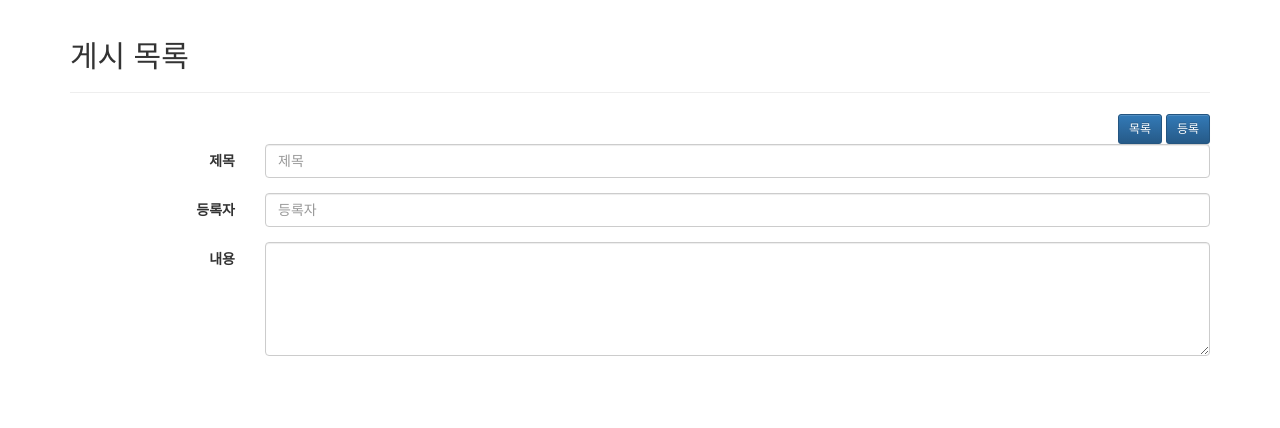
Repository: kimjoohye/study_WEB
Page: workspace/studyhtml5/WebContent/bootstrap/boot_list.html
These files come from the project's save history. The page is drawn as it stood at one moment and after the next save; the edit follows.
The browser window is 1280 px wide. The pictures show the whole page.

Above is the page before, as saved 2022-05-24 06:13:43.

### workspace/studyhtml5/WebContent/bootstrap/boot_list.html
<!-- Html comment -->
<!DOCTYPE html>
<html>
<head>
<meta name="viewport" content="width=device-width,initial-scale=1.0">
<meta charset="UTF-8">
<!-- bootstrap CDN -->
<!-- 합쳐지고 최소화된 최신 CSS -->
<link rel="stylesheet" href="https://maxcdn.bootstrapcdn.com/bootstrap/3.3.2/css/bootstrap.min.css">

<!-- 부가적인 테마 -->
<link rel="stylesheet" href="https://maxcdn.bootstrapcdn.com/bootstrap/3.3.2/css/bootstrap-theme.min.css">

<!-- jquery lib: bootstrap.min.js보다 항상 먼저 와야 한다. -->
<script
  src="https://code.jquery.com/jquery-1.12.4.js"
  integrity="sha256-Qw82+bXyGq6MydymqBxNPYTaUXXq7c8v3CwiYwLLNXU="
  crossorigin="anonymous"></script>

<!-- 합쳐지고 최소화된 최신 자바스크립트 -->
<script src="https://maxcdn.bootstrapcdn.com/bootstrap/3.3.2/js/bootstrap.min.js"></script>



<!-- 스타일 시트 -->
<style type="text/css">

</style>

<title>Insert title here</title>
<!-- 자바스크립트 코드 -->
<script type="text/javascript">

</script>

</head>
<body>
    <!-- div container -->
    <div class="container">
        <!-- 제목 -->
        <div class="page-header">
            <h2>게시 목록</h2>
        </div>
        <!--// 제목 ----------------------------->

        <!-- 검색영역 -->
        <div class="row">
            <form action="#" class="form-inline col-sm-12 col-md-12 col-lg-12">

            </form>
        </div>
        <!--// 검색영역 ----------------------------->

        <!-- 버튼 -->
        <div class="row text-right">
            <label class="col-sm-3 col-md-2 col-lg-2"></label>
            <div class="col-sm-9 col-md-10 col-lg-10">
                <input type="button" class="btn btn-primary btn-sm" value="목록">
                <input type="button" class="btn btn-primary btn-sm" value="등록">
            </div>
        </div>
        <!--// 버튼 --------------------------------->

        <!-- form -->
        <form action="" class="form-horizontal">
            <div class="form-group">
                <label for="title" class="col-sm-3 col-md-2 col-lg-2 control-label">제목</label>
                <div class="col-sm-9 col-md-10 col-lg-10">
                    <input type="text" maxlength="100" name="title" id="title" placeholder="제목" class="form-control">
                </div>
            </div>

            <div class="form-group">
                <label for="regId" class="col-sm-3 col-md-2 col-lg-2 control-label">등록자</label>
                <div class="col-sm-9 col-md-10 col-lg-10">
                    <input type="text" maxlength="100" name="regId" id="regId" placeholder="등록자" class="form-control">
                </div>
            </div>

           <!-- 내용 -->
            <div class="form-group">
                <label for="regId" class="col-sm-3 col-md-2 col-lg-2 control-label">내용</label>
                <div class="col-sm-9 col-md-10 col-lg-10">
                    <textarea rows="5" cols="20" name="contents" id="contents" class="form-control"></textarea>
                </div>
           </div>


        </form>
        <!-- form --------------------------------------------------->
    </div>


    <!--// div container ------------------------>
</body>
</html>

After the next save:
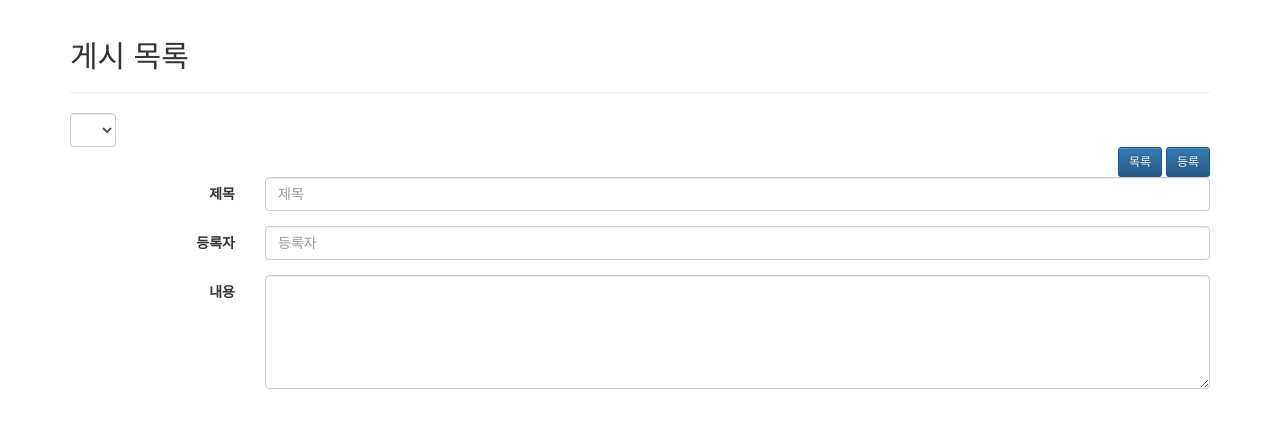
Saved 60 s later.
--- a/workspace/studyhtml5/WebContent/bootstrap/boot_list.html
+++ b/workspace/studyhtml5/WebContent/bootstrap/boot_list.html
@@ -46,7 +46,11 @@
         <!-- 검색영역 -->
         <div class="row">
             <form action="#" class="form-inline col-sm-12 col-md-12 col-lg-12">
+                <div class="form-group">
+                    <select class="form-control">
 
+                    </select>
+                </div>
             </form>
         </div>
         <!--// 검색영역 ----------------------------->
